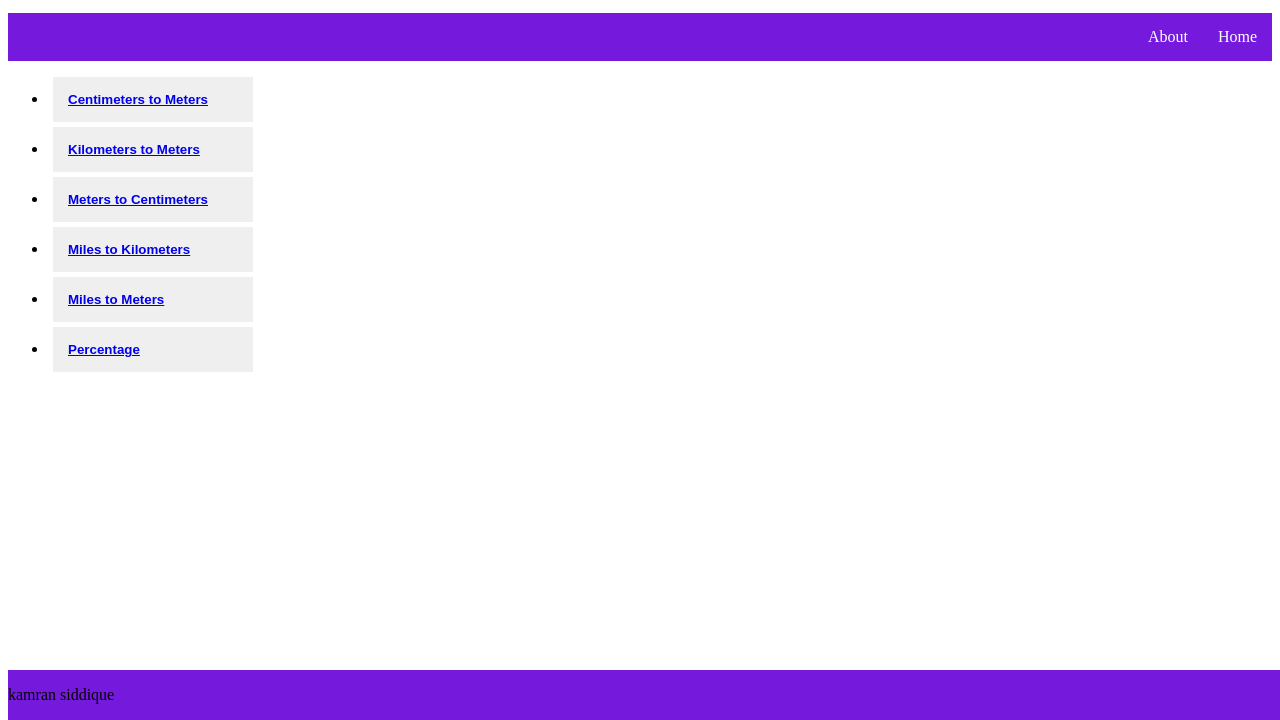
Repository: Kamrangujjar85112/Length-Converter
Page: html/home.html
The author's editor kept a copy of each file at every save. The page is drawn from the files as they stood at one save, then again after the next save.
The browser window is 1280 px wide. The pictures show the whole page.

Above is the page before, as saved 2022-01-21 03:05:23.

After the next save:
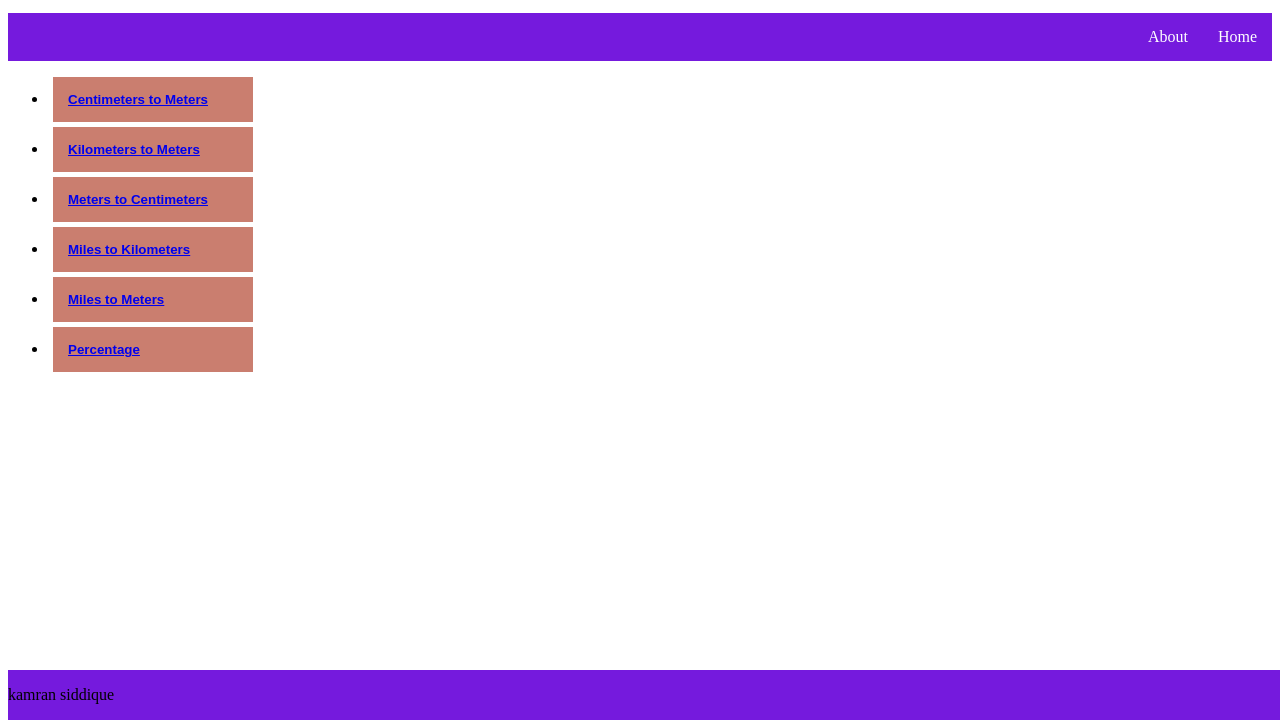
Saved 35 s later.
--- a/css/style.css
+++ b/css/style.css
@@ -41,9 +41,9 @@
     text-align:justify;
     padding: 15px 15px;
     text-decoration: none;
+    background-color: #CA7E6F;
 }
-    button a:hover {
-        background-color: #CA7E6F;}
+
 
 
 
